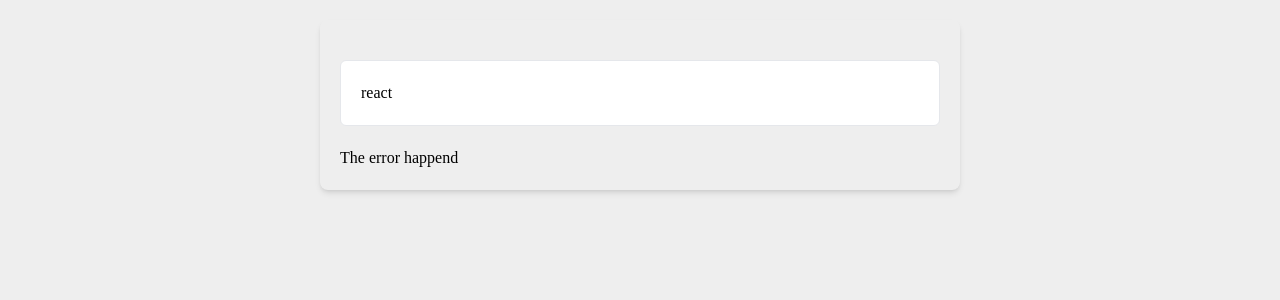
Repository: 16-Doffy/Fe-Khhoahoc
Page: /
These files come from the project's save history. The page is drawn as it stood at one moment and after the next save; the edit follows.
The browser window is 1280 px wide. The pictures show the whole page.
The page's requests for data from a server got no answer. The project was rebuilt for these pictures with package versions that can differ from the ones it lists, and the page was loaded fresh each time. No one was signed in, and anything a server would have sent is missing. Also part of the build but not shown: src/App.css.

Above is the page before, as saved 2025-01-14 15:44:58.

After the next save:
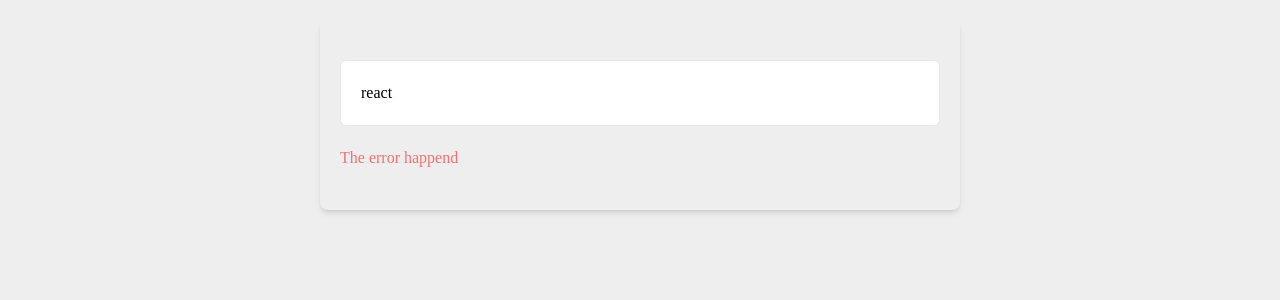
Saved 69 s later.
--- a/src/components/news/HackerNews.js
+++ b/src/components/news/HackerNews.js
@@ -46,7 +46,7 @@ const HackerNews = () => {
     border-r-4 border-r-transparent animate-spin mx-auto"
         ></div>
       )}
-      {!loading && error && <p>{error}</p>}
+      {!loading && error && <p className="text-red-400 my-5">{error}</p>}
       <div class="flex flex-wrap gap-5">
         {!loading &&
           hits.length > 0 &&
